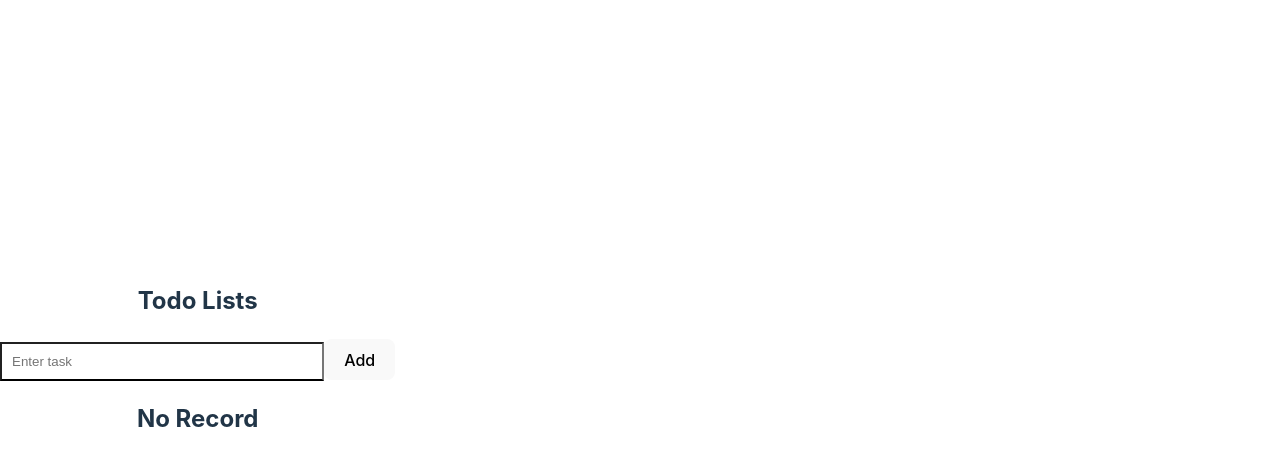
Repository: thainguyen282/TodoList
Page: / (app in todolist/)
The author's editor kept a copy of each file at every save. The page is drawn from the files as they stood at one save, then again after a run of saves.
The browser window is 1280 px wide. The pictures show the whole page.
The page's requests for data from a server got no answer. The project was rebuilt for these pictures with package versions that can differ from the ones it lists, and the page was loaded fresh each time. No one was signed in, and anything a server would have sent is missing. Also part of the build but not shown: todolist/vite.config.js.

Above is the page before, as saved 2023-11-12 11:26:14.

### todolist/src/App.jsx
import { useState } from 'react'
import './App.css'
import Home from './Home'

function App() {

  return (
    <>
      <Home />
    </>
  )
}

export default App

### todolist/src/App.css
.home {
  display: flex;
  flex-direction: column;
  align-items: center;
}

.create_form input {
  width: 300px;
  padding: 10px;
  border-bottom: 2px solid;
  outline: none;
}

.create_form button {

}

.task {
  display: flex;
  align-items: center;
  width: 345px;
  justify-content: space-between;
  background-color: black;
  color: white;
  height: 35px;
  padding: 2px 5px 2px 5px;
  margin-top: 2px;
}

.checkbox  {
  display: flex;
  align-items: center;
}

.checkbox .icon {
  margin-right: 5px;
  font-size: 15px;
}

.task div span {
  margin: 0px 5px 0px 4px
}

.task div .icon {
  cursor:pointer
}

### todolist/src/Home.jsx
import React, { useEffect, useState } from "react";
import Create from './Create'
import axios from "axios";

function Home() {
    const [todos, setTodos] = useState([])
    useEffect(() => {
        axios.get('http://localhost:5500/api/item')
        .then(result => setTodos(result.data))
        .catch(err => console.log(err))
    }, [])

    const handleEdit = () => {

    }
    return (
        <div className="home">
            <h2>Todo Lists</h2>
            <Create />
            {
                todos.length === 0
                ?
                <div><h2>No Record</h2></div>
                :
                todos.map(todo => (

                    <div>
                        {todo.task}
                    </div>

                ))
            }
        </div>
    )
}

export default Home

### todolist/src/Create.jsx
import React, { useState } from "react";
import axios from 'axios'

function Create() {
    const [task, setTask] = useState()
    const handleAdd = () => {
        try
        {
        axios.post('http://localhost:5500/api/item', {task:task})
        .then(result=>console.log(result))
        .catch(err => console.log(err))
        } catch(err){
            console.log(err)
        }



    }
    return (
        <div className="create_form">
            <input type="text" placeholder="Enter task" onChange={(e) => {setTask(e.target.value)}}/>
            <button type="button" onClick={handleAdd}>Add</button>
        </div>
    )
}

export default Create

Loaded but not shown: todolist/index.html (common file); todolist/src/main.jsx (common file); todolist/src/index.css (common file)

After the next 3 saves:
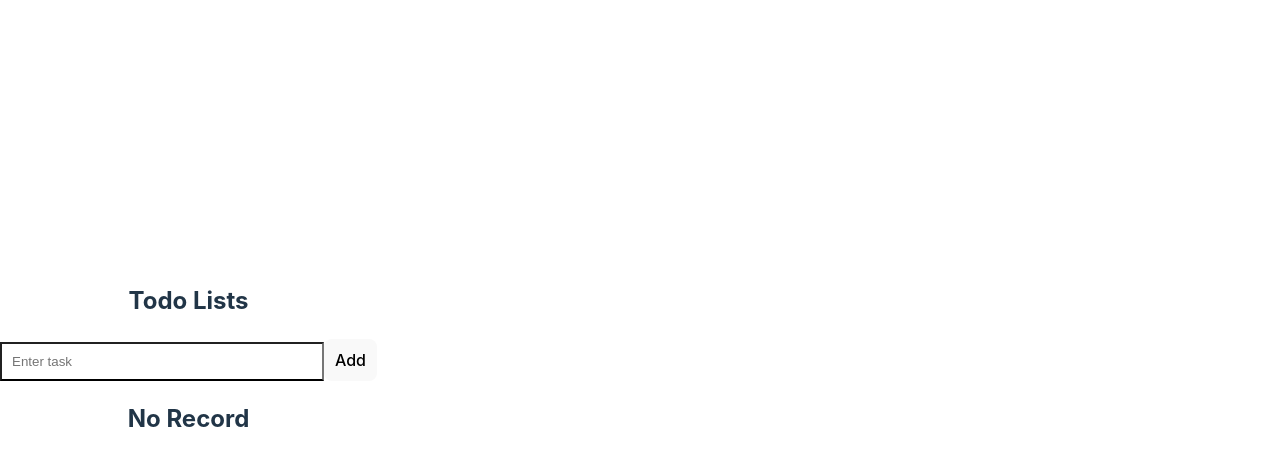
The 3 saves are shown as one change because they came seconds apart.
The last was saved 14 s later.
--- a/todolist/src/App.css
+++ b/todolist/src/App.css
@@ -12,6 +12,8 @@
 }
 
 .create_form button {
+  padding: 10px;
+  background-color: back;
 
 }
 
